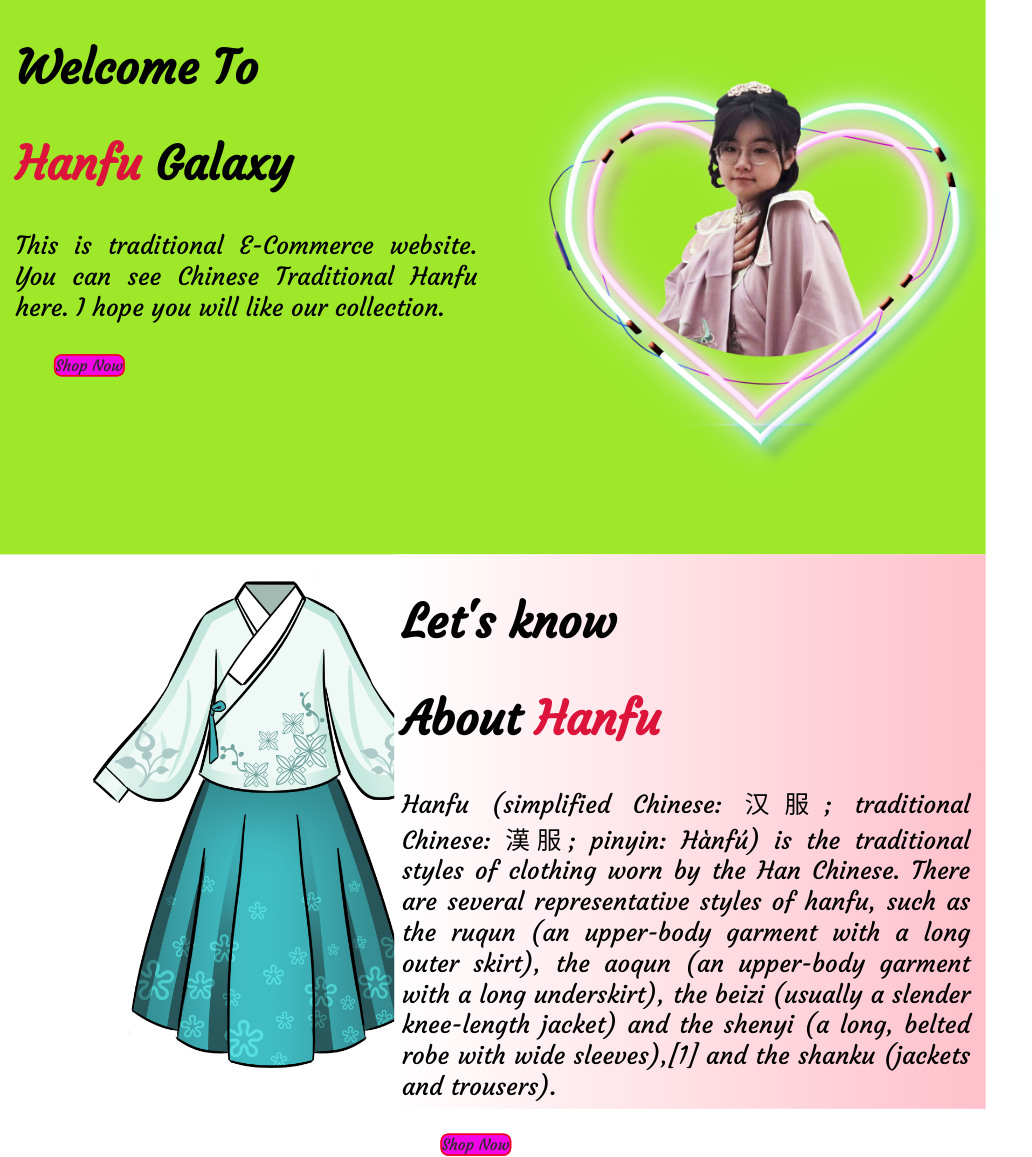
Repository: ramizraaz/E-Commerce
Page: index.html
These files come from the project's save history. The page is drawn as it stood at one moment and after the next save; the edit follows.
The browser window is 1280 px wide. The page is 1340 px wide, so the pictures cover 1340 px, including what lies to the right of the window. The pictures show the whole page, at 77% of full size.

Above is the page before, as saved 2022-02-06 21:42:29.

### index.html
<!DOCTYPE html>
<html lang="en">

<head>
    <meta charset="UTF-8">
    <meta http-equiv="X-UA-Compatible" content="IE=edge">
    <meta name="viewport" content="width=device-width, initial-scale=1.0">
    <title>Document</title>
    <link rel="stylesheet" href="main.css">
</head>

<body>
    <section class="top">
        <div class="container">
            <h1>Welcome To </h1>
            <h1><span> Hanfu </span>Galaxy</h1>
            <p>This is traditional E-Commerce website. You can see Chinese Traditional Hanfu here. I hope you will like our collection.
            </p>
            <a href="index.html">Shop Now</a>
        </div>
        <div class="container">
            <img src="images/bg-1.png" alt="showart">
        </div>
    </section>
    <section class="mid">
        <div class="mid-img">
            <img src="images/bg-2.png" alt="showart">
        </div>
        <div class="mid-con">
            <h1>Let's know </h1>
            <h1>About<span> Hanfu </span></h1>
            <p>Hanfu (simplified Chinese: 汉服; traditional Chinese: 漢服; pinyin: Hànfú) is the traditional styles of clothing worn by the Han Chinese. There are several representative styles of hanfu, such as the ruqun (an upper-body garment with a long outer
                skirt), the aoqun (an upper-body garment with a long underskirt), the beizi (usually a slender knee-length jacket) and the shenyi (a long, belted robe with wide sleeves),[1] and the shanku (jackets and trousers).
            </p>
            <a href="index.html">Shop Now</a>
        </div>
    </section>
</body>

</html>

### main.css
@import url('https://fonts.googleapis.com/css2?family=Courgette&display=swap');
body {
    font-family: 'Courgette', cursive;
    margin: 0;
    font-size: 2rem;
}

h1 {
    font-size: 60px;
}

p {
    text-align: justify;
}

span {
    color: crimson;
}

img {
    width: 700px;
}

a {
    text-decoration: none;
    border: 2px solid #f10404;
    border-radius: 10px;
    font-size: 20px;
    margin-left: 50px;
    background-color: #f104e6;
    color: rgb(44, 44, 41);
}

.top {
    display: flex;
    background-color: #93e60fe3;
    height: 100vh;
}

.container {
    width: 50%;
    padding-left: 20px;
}

.mid {
    display: flex;
    height: 100vh;
}

.mid-img {
    width: 40%;
}

.mid-con {
    width: 60%;
    padding: 0px 20px 0px 10px;
    background: linear-gradient(to right, rgb(255, 255, 255), pink);
}

After the next save:
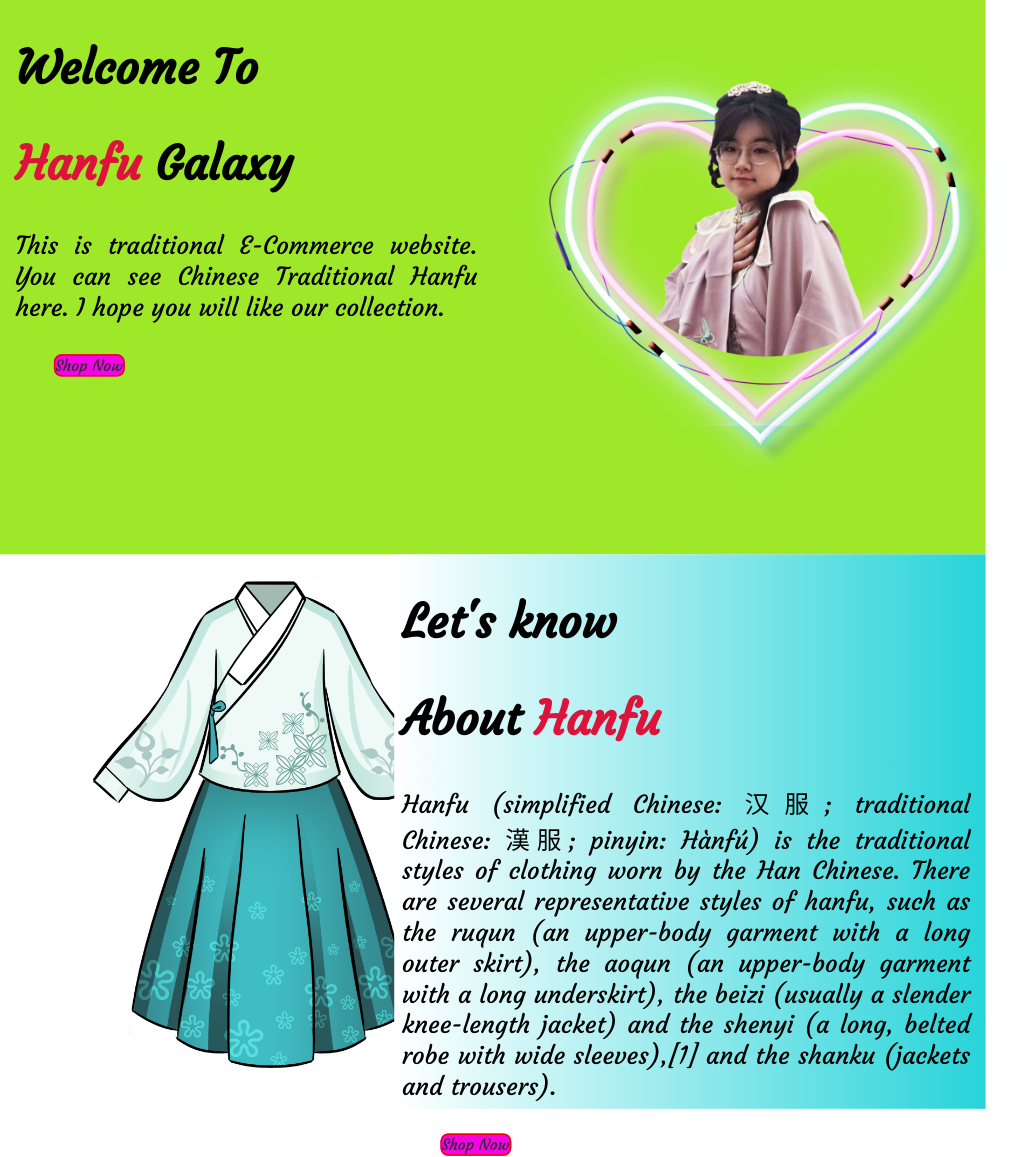
Saved 14 s later.
--- a/main.css
+++ b/main.css
@@ -54,5 +54,5 @@ a {
 .mid-con {
     width: 60%;
     padding: 0px 20px 0px 10px;
-    background: linear-gradient(to right, rgb(255, 255, 255), pink);
+    background: linear-gradient(to right, rgb(255, 255, 255), rgba(10, 206, 212, 0.884));
 }
